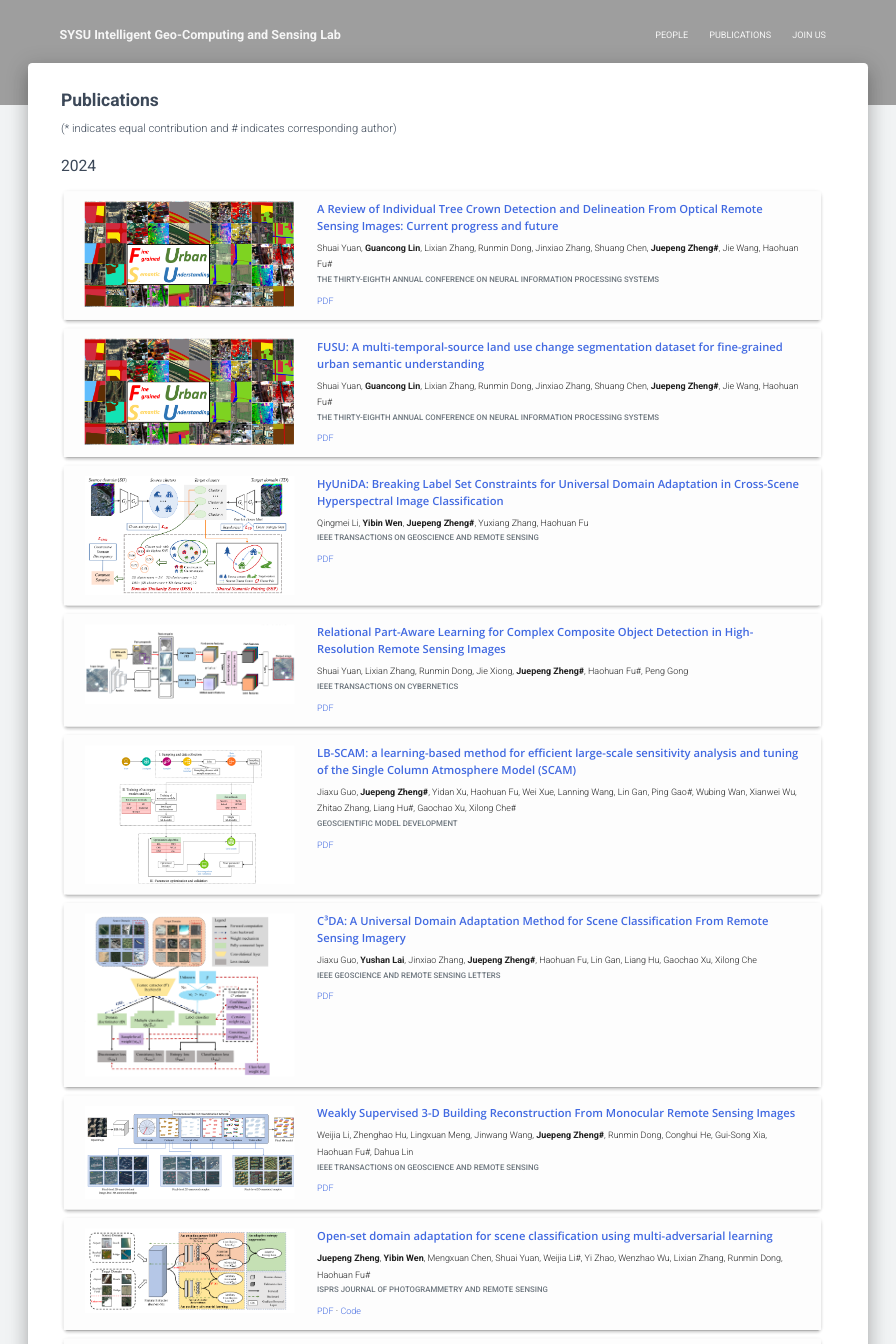
Repository: rssysu/rssysu.github.io
Page: pub.html
An editor plug-in stored every save of this project. The page is shown before and after the next save, followed by the edit.
The browser window is 1280 px wide. The pictures show the part of the page from y = 0 to 1920 px (the page is 4086 px tall before and 4082 px after), at 70% of full size.
Pictures or frames that could not be fetched are drawn as grey boxes. Some web libraries are served in a nearby version.

Above is the page before, as saved 2025-03-21 17:32:52.

After the next save:
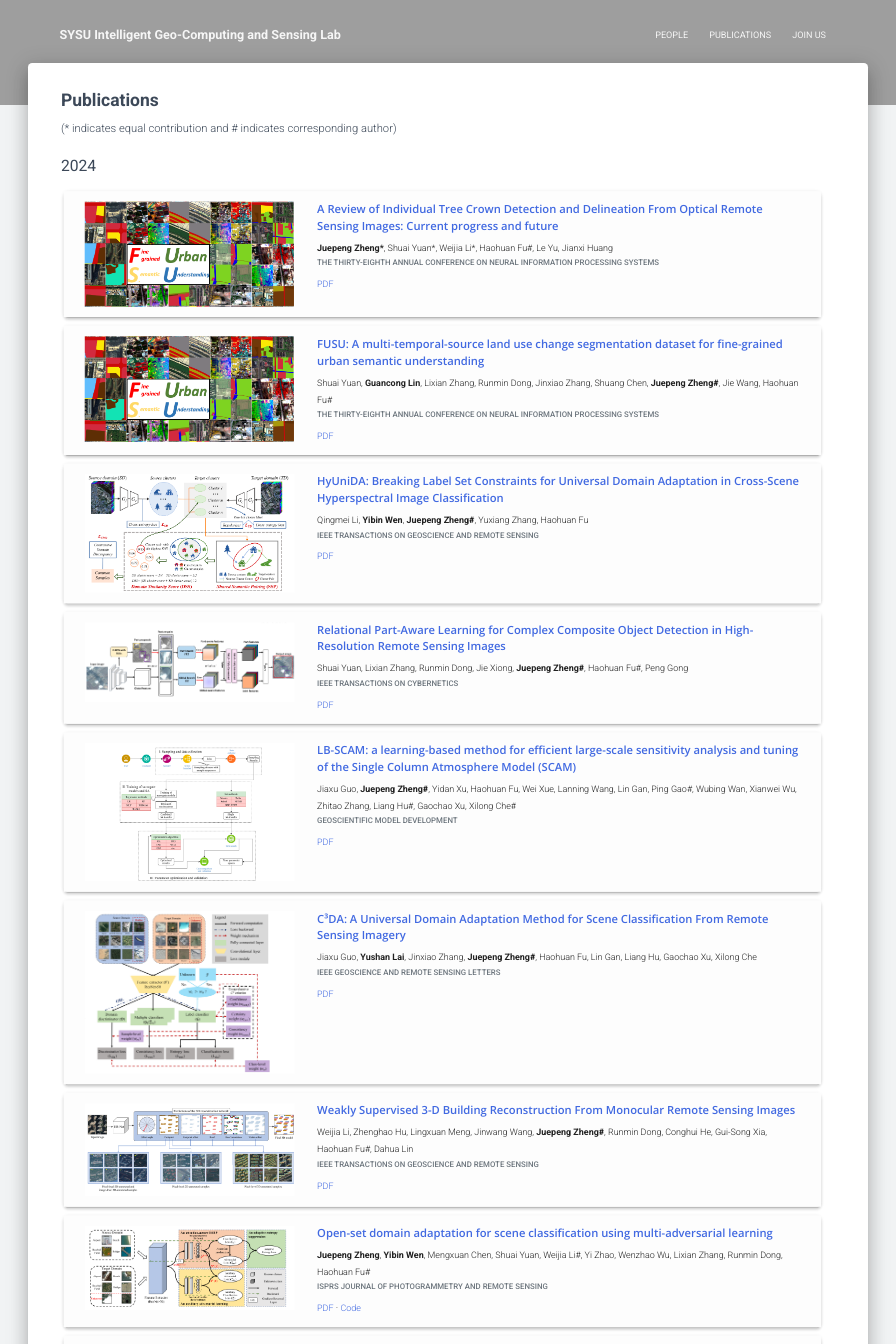
Saved 2 min 43 s later.
--- a/pub.html
+++ b/pub.html
@@ -76,7 +76,7 @@
             <div class="card-body" style="background-color: rgb(253, 253, 253);">
               <img class="card-pic-left" src="assets/paper/fusu.png" width=300px>
               <h4 class="card-title" style="margin-top: -0.1em;"><a href="https://openreview.net/forum?id=QLO0pXYKVi#discussion">A Review of Individual Tree Crown Detection and Delineation From Optical Remote Sensing Images: Current progress and future</a>  </h4>
-              <p class="card-text">Shuai Yuan, <b>Guancong Lin</b>, Lixian Zhang, Runmin Dong, Jinxiao Zhang, Shuang Chen, <b>Juepeng Zheng#</b>, Jie Wang, Haohuan Fu#</p>
+              <p class="card-text"><b>Juepeng Zheng*</b>, Shuai Yuan*, Weijia Li*, Haohuan Fu#, Le Yu, Jianxi Huang</p>
               <h6 class="card-subtitle mb-2 text-muted">The Thirty-Eighth Annual Conference on Neural Information Processing Systems</h6>
 
               <a href="assets/paper/fusu.pdf" target="_blank">PDF </a>
